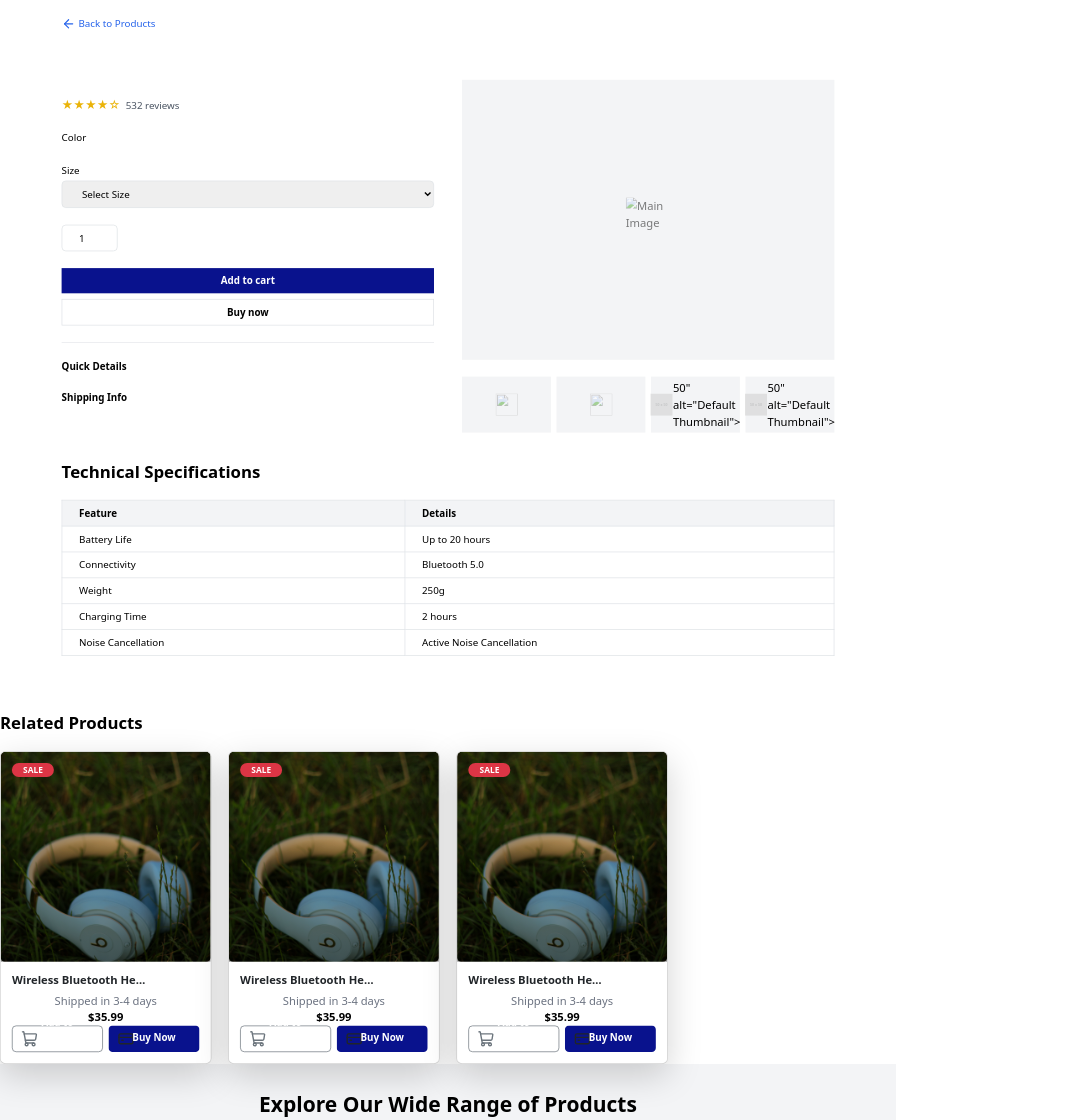
Repository: Davidobi21/macelect
Page: frontend/pages/productpage.html
The author's editor kept a copy of each file at every save. The page is drawn from the files as they stood at one save, then again after the next save.
The browser window is 1280 px wide. The page is 1557 px wide, so the pictures cover 1557 px, including what lies to the right of the window. The pictures show the part of the page from y = 0 to 1600 px (the page is 2184 px tall before and 2174 px after), at 70% of full size.
The page's requests for data from a server got no answer. Some web libraries are served in a nearby version.

Above is the page before, as saved 2025-04-25 07:42:44.
Console error: SyntaxError: Identifier 'colorContainer' has already been declared

After the next save:
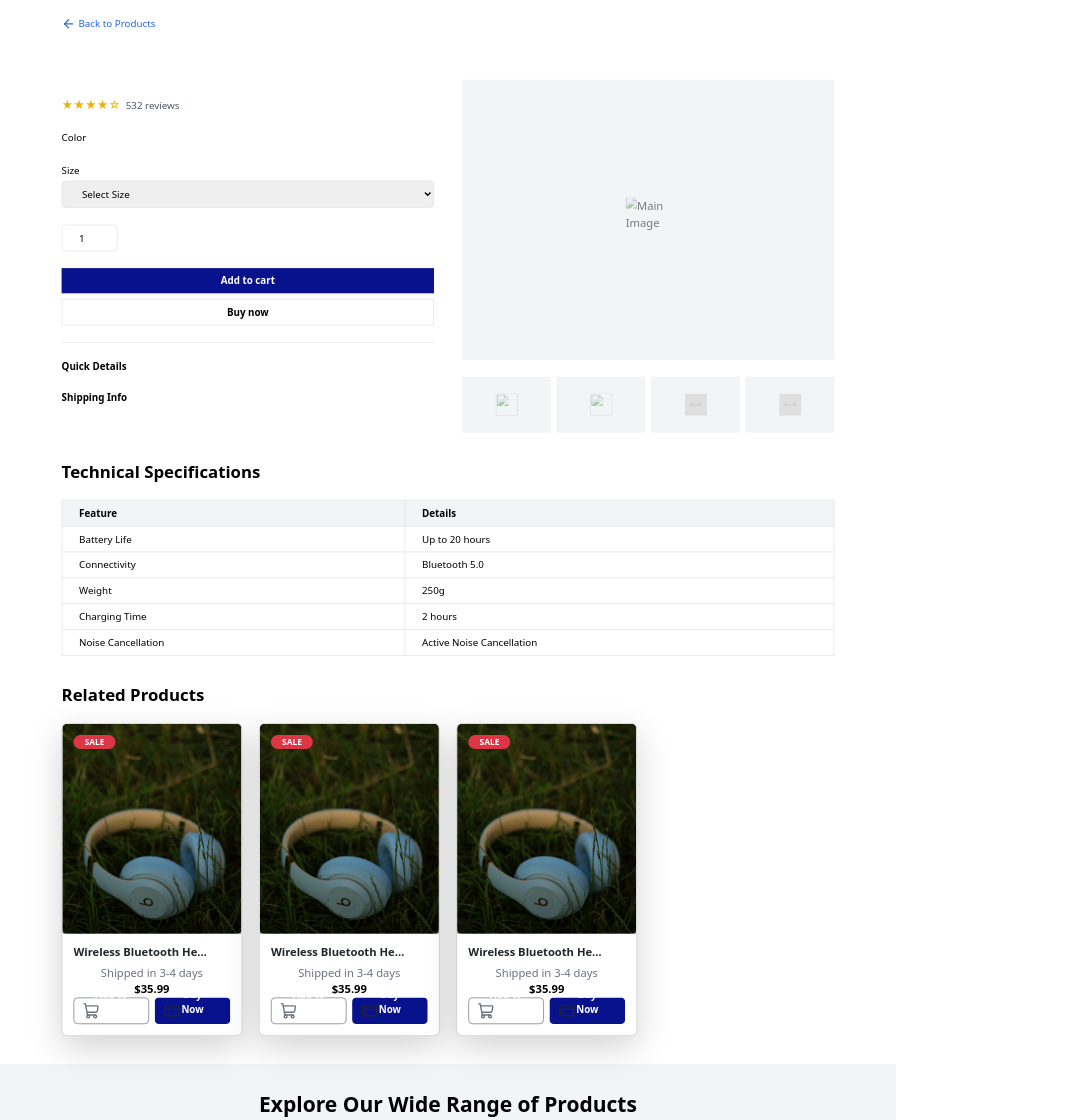
The error is gone.
Saved 66 s later.
--- a/frontend/pages/productpage.html
+++ b/frontend/pages/productpage.html
@@ -89,17 +89,17 @@
             <img src="" class="thumbnail w-8 h-8 opacity-50" alt="">
           </div>
           <div class="h-20 bg-gray-100 flex items-center justify-center">
-            <img src="https://via.placeholder.com/50" class="w-8 h-8 opacity-50" alt="">50" alt="Default Thumbnail">
+            <img src="https://via.placeholder.com/50" class="w-8 h-8 opacity-50" alt="Default Thumbnail">
           </div>
           <div class="h-20 bg-gray-100 flex items-center justify-center">
-            <img src="https://via.placeholder.com/50" class="w-8 h-8 opacity-50" alt="">50" alt="Default Thumbnail">
+            <img src="https://via.placeholder.com/50" class="w-8 h-8 opacity-50" alt="Default Thumbnail">
           </div>
         </div>
       </div>
     </div>
 
     <!-- Technical Specifications Table -->
-    <div class="mt-10"></div>
+    <div class="mt-10">
       <h2 class="text-2xl font-bold mb-4">Technical Specifications</h2>
       <table class="w-full border border-gray-300 text-sm">
         <thead>
@@ -323,40 +323,39 @@
             document.querySelector("h1").textContent = product.name;
             document.querySelector(".product-category").textContent = product.category;
             document.querySelector(".product-price").textContent = `$${product.price}`;
-            document.querySelector(".main-product-image").src = mainImage;
-            const thumbnails = document.querySelectorAll(".thumbnail");ocument.querySelectorAll(".thumbnail");mainImage;
+            const thumbnails = document.querySelectorAll(".thumbnail");
             thumbnails[0].src = mainImage;
             if (thumbnails[1]) {
-                thumbnails[1].src = hoverImage;mage;
+                thumbnails[1].src = hoverImage;
             }
 
             // Update color options
-            const colorContainer = document.querySelector(".color-options");            const colorContainer = document.querySelector(".color-options");            colorContainer.innerHTML = product.colors.map(color => `
-            colorContainer.innerHTML = product.colors.map(color => `L = product.colors.map(color => ` py-2 border border-gray-300 text-sm" style="background-color: ${color};">${color}</button>
-                <button class="px-4 py-2 border border-gray-300 text-sm" style="background-color: ${color};">${color}</button>le="background-color: ${color};">${color}</button>
+            const colorContainer = document.querySelector(".color-options");
+            colorContainer.innerHTML = product.colors.map(color => `
+                <button class="px-4 py-2 border border-gray-300 text-sm" style="background-color: ${color};">${color}</button>
             `).join("");
 
-            // Update size optionsze optionsopdown = document.querySelector(".size-dropdown");
-            const sizeDropdown = document.querySelector(".size-dropdown");            const sizeDropdown = document.querySelector(".size-dropdown");            sizeDropdown.innerHTML = product.sizes.map(size => `
-            sizeDropdown.innerHTML = product.sizes.map(size => ` = product.sizes.map(size => `ize}">${size}</option>
+            // Update size options
+            const sizeDropdown = document.querySelector(".size-dropdown");
+            sizeDropdown.innerHTML = product.sizes.map(size => `
                 <option value="${size}">${size}</option>
             `).join("");
 
-            // Update quick detailsick detailsetails = document.querySelector(".quick-details");
-            const quickDetails = document.querySelector(".quick-details");            const quickDetails = document.querySelector(".quick-details");            quickDetails.textContent = product.quickDetails;
-            quickDetails.textContent = product.quickDetails;t = product.quickDetails;
+            // Update quick details
+            const quickDetails = document.querySelector(".quick-details");
+            quickDetails.textContent = product.quickDetails;
 
             // Update shipping info
-            const shippingInfo = document.querySelector(".shipping-info");            const shippingInfo = document.querySelector(".shipping-info");            shippingInfo.textContent = product.shippingInfo || "N/A";
-            shippingInfo.textContent = product.shippingInfo || "N/A";t = product.shippingInfo || "N/A";
+            const shippingInfo = document.querySelector(".shipping-info");
+            shippingInfo.textContent = product.shippingInfo || "N/A";
 
         } catch (err) {
-            console.error("Error fetching product details:", err);            console.error("Error fetching product details:", err);            if (document.querySelector(".main-content")) {
-            if (document.querySelector(".main-content")) {t.querySelector(".main-content")) {t.querySelector(".main-content").innerHTML = '<p class="text-danger">Failed to load product details. Please try again later.</p>';
-                document.querySelector(".main-content").innerHTML = '<p class="text-danger">Failed to load product details. Please try again later.</p>';= '<p class="text-danger">Failed to load product details. Please try again later.</p>';
+            console.error("Error fetching product details:", err);
+            if (document.querySelector(".main-content")) {
+                document.querySelector(".main-content").innerHTML = '<p class="text-danger">Failed to load product details. Please try again later.</p>';
             }
         }
     });
-  </script>t>
+  </script>
 </body>
 </html>
